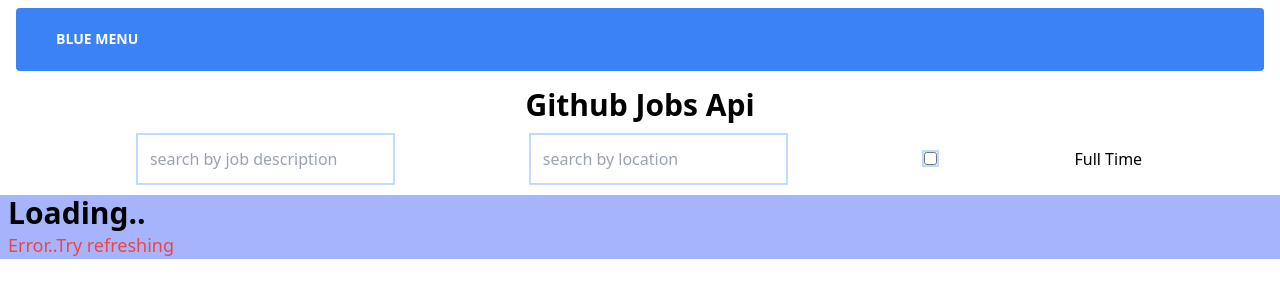
Repository: ShamroOoz/Github-job-api-React-Tailwind
Page: /
The author's editor kept a copy of each file at every save. The page is drawn from the files as they stood at one save, then again after the next save.
The browser window is 1280 px wide. The pictures show the whole page.
The page's requests for data from a server got no answer. The project was rebuilt for these pictures with package versions that can differ from the ones it lists, and the page was loaded fresh each time. No one was signed in, and anything a server would have sent is missing. Also part of the build but not shown: craco.config.js.

Above is the page before, as saved 2021-03-21 15:24:44.

### src/App.js
import { useState } from "react";
import { useFetch } from "./components/Hooks/useFetch";
import NavBar from "./components/NavBar";
import SearchForm from "./components/SearchForm";

function App() {
  const [params, setparam] = useState({});
  const [page, setpage] = useState(1);
  const { jobs, loading, error } = useFetch(params, page);

  const handleparamchange = (e) => {
    setpage(1);
    let param = e.target.name;
    let value = e.target.value;
    setparam((prevparams) => {
      return { ...prevparams, [param]: value };
    });
  };

  return (
    <>
      <NavBar />
      <div className="coantainer text-center font-bold pt-2 text-3xl ">
        <h3>Github Jobs Api</h3>
      </div>
      <div>
        <SearchForm handleparamchange={handleparamchange} params={params} />
      </div>
      <div className="px-2 bg-indigo-300">
        {loading && <div className="text-3xl font-bold">Loading..</div>}
        {error && (
          <div className="text-lg text-red-500">Error..Try refreshing</div>
        )}
        <div>
          {jobs &&
            jobs.map((job) => (
              <li className="leading-7 text-xl" key={job.id}>
                {job.title}
              </li>
            ))}
        </div>
      </div>
    </>
  );
}

export default App;

### src/components/Hooks/useFetch.js
import { useReducer, useEffect } from "react";
import axios from "axios";
import { reducer, ACTIONS } from "../Reducer/Reduce";

//
const { MAKE_REQUEST, GET_DATA, ERROR } = ACTIONS;
const BASE_URL =
  "https://secret-ocean-49799.herokuapp.com/https://jobs.github.com/positions.json";

const initialState = {
  jobs: [],
  loading: false,
  error: false,
};

export const useFetch = (params, page) => {
  const [state, dispatch] = useReducer(reducer, initialState);

  //useeffect hook to get data

  useEffect(() => {
    const cancelToken = axios.CancelToken.source();
    dispatch({ type: MAKE_REQUEST, payload: "" });
    axios
      .get(BASE_URL, {
        cancelToken: cancelToken.token,
        params: {
          markdown: true,
          page: page,
          ...params,
        },
      })
      .then((res) => {
        dispatch({ type: GET_DATA, payload: res.data });
        console.log(res.data);
      })
      .catch((err) => {
        if (axios.isCancel(err)) return;
        dispatch({ type: ERROR, payload: err });
      });
    //clean up
    return () => {
      cancelToken.cancel();
    };
  }, [page, params]);

  return state;
};

### src/components/NavBar.js
import React from "react";

const NavBar = () => {
  return (
    <div className="flex flex-wrap py-2">
      <div className="w-full px-4">
        <nav className="relative flex flex-wrap items-center justify-between px-2 py-3 navbar-expand-lg bg-blue-500 rounded">
          <div className="container px-4 mx-auto flex flex-wrap items-center justify-between">
            <div className="w-full relative flex justify-between lg:w-auto px-4 lg:static lg:block lg:justify-start">
              <a
                className="text-sm font-bold leading-relaxed inline-block mr-4 py-2 whitespace-no-wrap uppercase text-white"
                href="#pablo"
              >
                blue Menu
              </a>
            </div>
          </div>
        </nav>
      </div>
    </div>
  );
};

export default NavBar;

### src/components/SearchForm.js
import React from "react";

const SearchForm = ({ handleparamchange, params }) => {
  return (
    <form className="py-3 flex justify-evenly items-center">
      <input
        className="p-3 ring-2 ring-blue-200"
        type="text"
        placeholder={`search by job description `}
        name="description"
        value={params.description || ""}
        onChange={handleparamchange}
      />
      <input
        className="p-3 ring-2 ring-blue-200"
        type="text"
        placeholder={`search by location`}
        name="location"
        value={params.location || ""}
        onChange={handleparamchange}
      />
      <input
        type="checkbox"
        className="p-7 ring-2 ring-blue-200"
        value={params.full_time || ""}
        onChange={handleparamchange}
      />
      Full Time
    </form>
  );
};

export default SearchForm;

### src/components/Reducer/Reduce.js
export const ACTIONS = {
  MAKE_REQUEST: "MAKE_REQUEST",
  GET_DATA: "GET_DATA",
  ERROR: "ERROR",
};

export const reducer = (state, action) => {
  switch (action.type) {
    case ACTIONS.MAKE_REQUEST:
      return { ...state, loading: true };
    case ACTIONS.GET_DATA:
      return {
        ...state,
        loading: false,
        jobs: action.payload,
      };
    case ACTIONS.ERROR:
      return { ...state, error: true };
    default:
      return state;
  }
};

Loaded but not shown: public/index.html (common file); src/index.js (common file); src/index.css (common file); tailwind.config.js (common file)

After the next save:
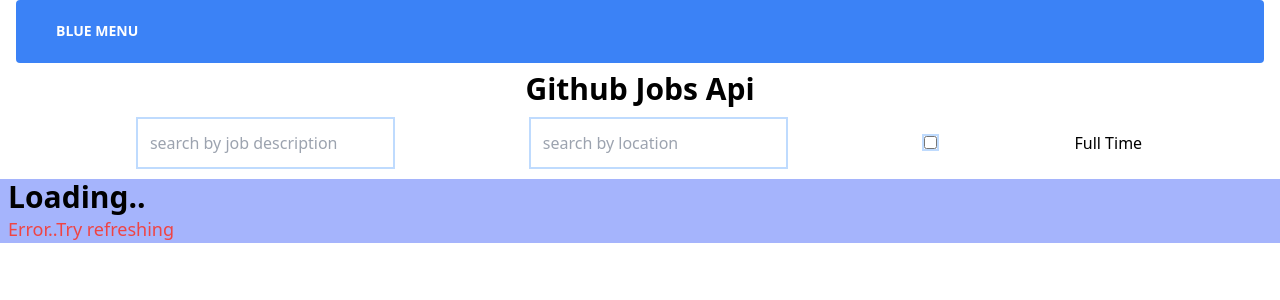
Saved 38 s later.
--- a/src/components/NavBar.js
+++ b/src/components/NavBar.js
@@ -2,7 +2,7 @@
 
 const NavBar = () => {
   return (
-    <div className="flex flex-wrap py-2">
+    <div className="flex flex-wrap ">
       <div className="w-full px-4">
         <nav className="relative flex flex-wrap items-center justify-between px-2 py-3 navbar-expand-lg bg-blue-500 rounded">
           <div className="container px-4 mx-auto flex flex-wrap items-center justify-between">
